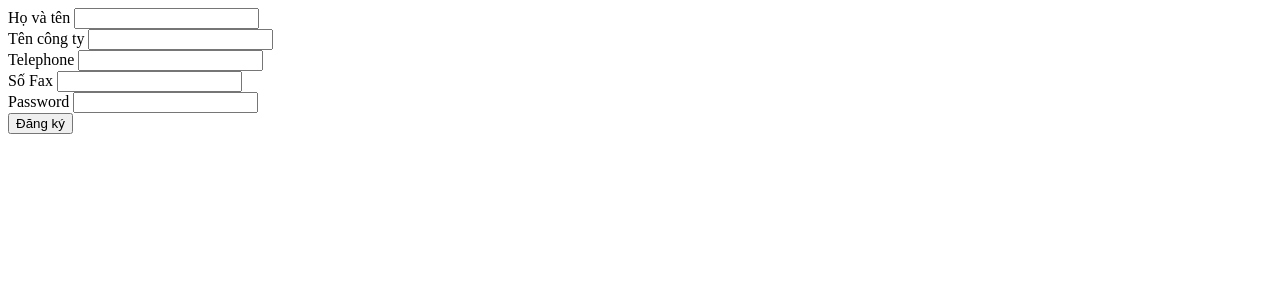
Repository: VuNgocLong2626/exercise_web_CT428
Page: http://localhost/VuNgocLongB1805784/user/dangky.php
These files come from the project's save history. The page is drawn as it stood at one moment and after the next save; the edit follows.
The browser window is 1280 px wide. The pictures show the whole page.
The page is run by PHP 8.4 with error messages shown; the project is at /var/www/html/.

Above is the page before, as saved 2021-10-14 21:54:02.

After the next save:
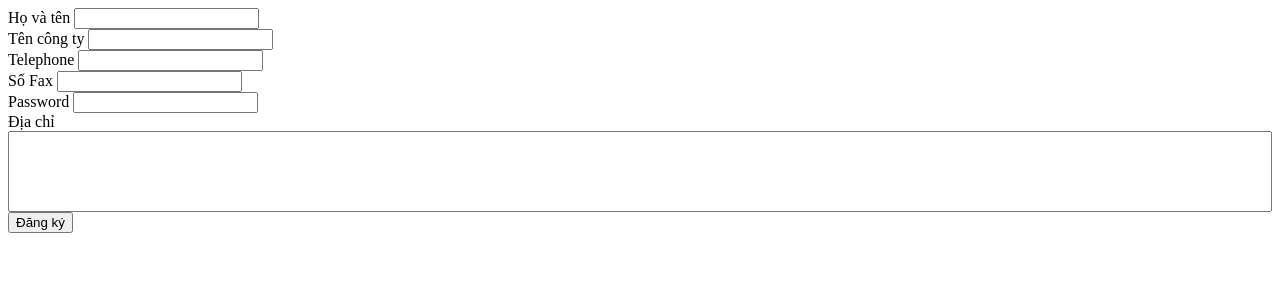
Saved 61 s later.
--- a/VuNgocLongB1805784/user/dangky.php
+++ b/VuNgocLongB1805784/user/dangky.php
@@ -20,6 +20,10 @@
             <label for="" class="form-label">Password</label>
             <input type="password" class="form-control" id="password">
         </div>
+        <div class="mb-3">
+            <label for="" class="form-label">Địa chỉ</label>
+            <textarea class="form-control" id="quycach" rows="5" name="diachi" style="resize:none;width:100%;" ></textarea>
+        </div>
         <button type="submit" class="btn btn-secondary" name="dangK">Đăng ký</button>
     </form>
 </div>
